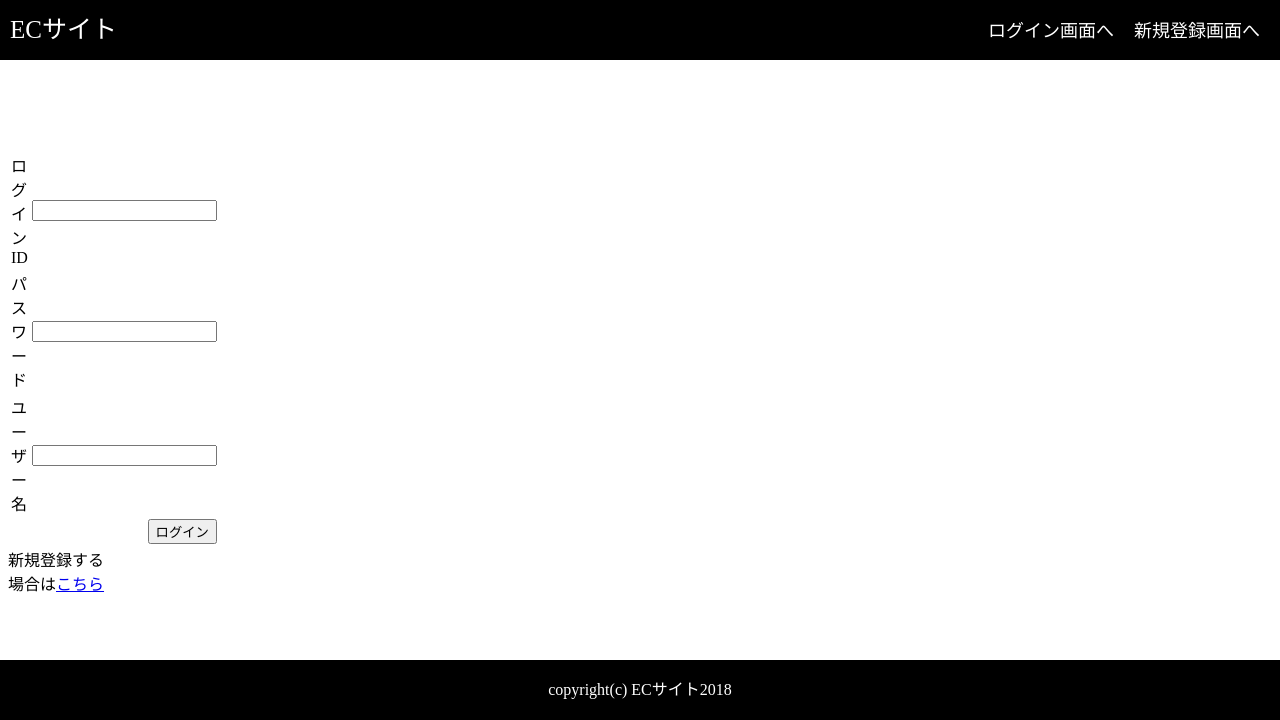
Repository: nyanya02/ECsite
Page: http://localhost/ECsite/signin.jsp
An editor plug-in stored every save of this project. The page is shown before and after the next save, followed by the edit.
The browser window is 1280 px wide. The pictures show the whole page.
The page is served by Tomcat 9. Other server files are loaded and not shown.

Above is the page before, as saved 2018-04-26 04:53:12.

### ECsite/WebContent/signin.jsp
<%@ page language="java" contentType="text/html; charset=UTF-8"
    pageEncoding="UTF-8"%>
<%@ taglib prefix="s" uri="/struts-tags" %>
<!DOCTYPE html PUBLIC>
<html>
<head>
<meta charset="UTF-8">
<meta http-equiv="imagetoolbar" content="no"/>
<meta name="author" content="">
<meta name="keywords" content="">
<meta name="description" content="">

<title>ログイン</title>

<!-- <link rel="stylesheet" href="/css/style.css"> -->

<style>

#header{
    position:absolute;
    top:0;
    left:0;
    width:100%;
    height:60px;
    background-color: black;
}

#header #logo{
    float: left;
    width:200px;
    padding-left: 10px;
    color: white;
    font-size: 25px;
    line-height: 60px;
}

#header ul{
    float: right;
    line-height: 30px;
}

#header ul li{
    float: left;
    list-style: none;
    padding-right: 20px;
    color: white;
    font-size: 18px;
}

#logo a{
    text-decoration: none;
    color: white;
}
#logo a:hover{
    color: #E6E6E6;
}

#header li a{
    text-decoration: none;
    color: white;
}
#header li a:hover{
    color: #E6E6E6;
}

#main{
    float: clear;
    position: absolute;
    top: 100px;
    margin-top:50px;
    width: 100px;
}

#footer{
    clear:both;
    width: 100%;
    height: 60px;
    position: absolute;
    bottom: 0;
    left: 0;
    color: white;
    background-color: black;
    text-align: center;
    line-height: 60px;
}


</style>

</head>
<body>

		<div id="header">
            <div id="logo"><a href='<s:url action="GoHomeAction"/>'>ECサイト</a></div>
            <ul>
                <li><a href='<s:url action="GoSignInAction"/>'>ログイン画面へ</a></li>
                <li><a href='<s:url action="GoSignUpAction"/>'>新規登録画面へ</a></li>
            </ul>
        </div>

        <div id="main">
        	<table>
        		<s:form action="SignInConfirm">

					<tr>
						<td><label>ログインID</label></td>
						<td><input type="text" name="loginUserId" value=""></td>
					</tr>
					<tr>
						<td><label>パスワード</label></td>
						<td><input type="text" name="loginPassword" value=""></td>
					</tr>
					<tr>
						<td><label>ユーザー名</label></td>
						<td><input type="text" name="loginUser" value=""></td>
					</tr>

            		<s:submit value="ログイン"/>

            	</s:form>

        	</table>

		<div>
			<span>新規登録する場合は</span><a href='<s:url action="GoSignUpAction"/>'>こちら</a>
		</div>

        </div>

        <div id="footer">
            copyright(c) ECサイト2018
        </div>

</body>
</html>

After the next save:
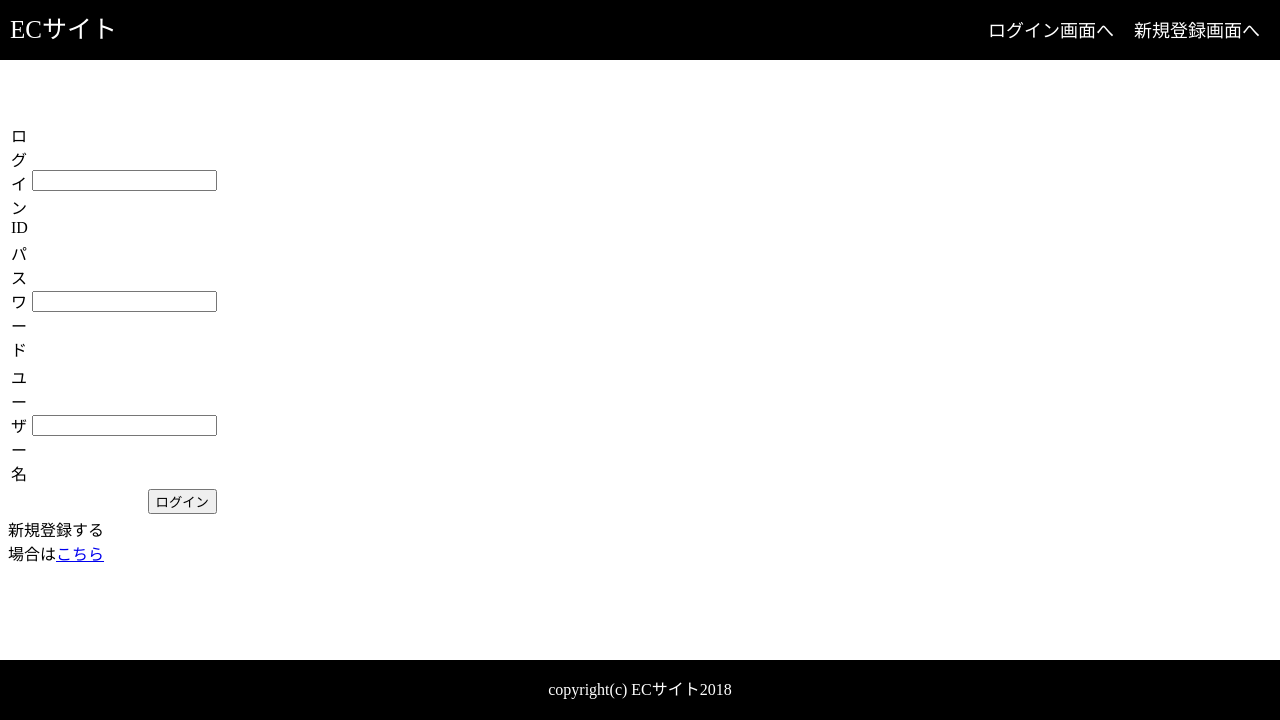
Saved 17 s later.
--- a/ECsite/WebContent/signin.jsp
+++ b/ECsite/WebContent/signin.jsp
@@ -66,7 +66,7 @@
 #main{
     float: clear;
     position: absolute;
-    top: 100px;
+    top: 70px;
     margin-top:50px;
     width: 100px;
 }
